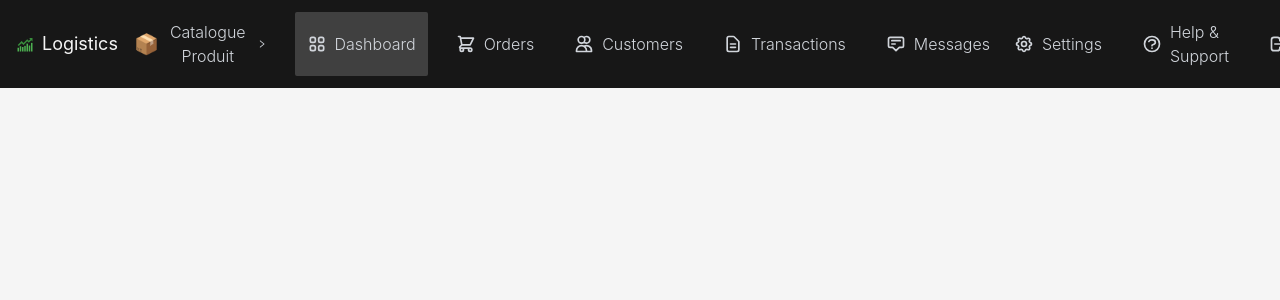
Repository: Mayar2222/Dashboard
Page: /
These files come from the project's save history. The page is drawn as it stood at one moment and after the next save; the edit follows.
The browser window is 1280 px wide. The pictures show the whole page.
Pictures or frames that could not be fetched are drawn as grey boxes. The project was rebuilt for these pictures with package versions that can differ from the ones it lists, and the page was loaded fresh each time. Also part of the build but not shown: src/components/CatalogueProduits.jsx, src/components/Categories.jsx.

Above is the page before, as saved 2024-07-28 16:15:44.

### src/App.jsx
import { Route, BrowserRouter as Router, Routes } from "react-router-dom";
import CatalogueProduits from "./components/CatalogueProduits";
import Categories from "./components/Categories";
import Layout from "./components/shared/Layout";

function App() {
  return (
      <Router>
      <Routes>
        <Route path="/"  element={<Layout/>}>
          <Route path="CatalogueProduits"  element={<CatalogueProduits/>}/>
          <Route path="Categories"  element={<Categories/>}/>

          <Route path="login"  element={<div>this login page</div>}/>

        </Route>
      </Routes>
      </Router>
  );
}

export default App;

### src/index.css
@import url('https://fonts.googleapis.com/css2? family=Poppins:wght@400; 600;700&display=swap');


@tailwind base;
@tailwind components;
@tailwind utilities;

@layer base {
    html {
        font-family: 'Inter', sans-serif;
        line-height: 1.3;
    }
    table {
        /* Add any specific styles for the table here if needed */
    }
    th,
    td {
        @apply py-3 px-2.5 text-sm text-left border-y border-gray-200;
    }
    thead {
        @apply bg-neutral-100;
    }
    th {
        @apply font-semibold;
    }
    a {
        @apply text-sky-500 hover:underline;
    }
}

### src/components/shared/Layout.jsx
import React from 'react'
import { Outlet } from 'react-router-dom'
import Header from './Header'
import Sidebar from './Sidebar'
export default function Layout() {
  return (
    <div className='flex flex-row bg-neutral-100 h-screen w-screen overflow-hidden'>
<Sidebar/>
     <div className='flex-1'>
      <Header/>
      <div className='p-4'>{<Outlet/>}</div>

      </div>


    </div>
  )
}

### src/components/shared/Header.jsx
import { Menu, Popover, Transition } from '@headlessui/react';
import React, { Fragment } from 'react';
import { HiOutlineBell, HiOutlineChat, HiOutlineSearch } from 'react-icons/hi';

export default function Header() {
  return (
    <div className='bg-white h-16 px-4 flex justify-between items-center border-b border-gray-200'>
      <div className='relative'>
        <HiOutlineSearch fontSize={20} className='text-gray-400 absolute top-1/2 -translate-y-1/2 left-3' />
        <input
          type="text"
          placeholder='Search...'
          className='text-sm focus:outline-none active:outline-none h-10 w-[24rem] border border-gray-300 rounded-sm pl-11 pr-4'
        />
      </div>
      <div className="flex items-center gap-2 mr-2">
        <Popover className="relative">
          {({ open }) => (
            <>
              <Popover.Button
                className={`p-1.5 rounded-sm inline-flex items-center ${open ? 'text-gray-900' : 'text-gray-700 hover:text-gray-900'} focus:outline-none`}
              >
                <HiOutlineChat fontSize={24} />
              </Popover.Button>
              <Transition
                as={Fragment}
                enter="transition ease-out duration-200"
                enterFrom="opacity-0 translate-y-1"
                enterTo="opacity-100 translate-y-0"
                leave="transition ease-in duration-150"
                leaveFrom="opacity-100 translate-y-0"
                leaveTo="opacity-0 translate-y-1"
              >
                <Popover.Panel className="absolute right-0 z-10 mt-2.5 w-80">
                  <div className="bg-white rounded-sm shadow-md ring-1 ring-black ring-opacity-5 px-2 py-2.5">
                    <strong className="text-gray-700 font-medium">Messages</strong>
                    <div className="mt-2">This is the messages panel!</div>
                  </div>
                </Popover.Panel>
              </Transition>
            </>
          )}
        </Popover>

        <Popover className="relative">
          {({ open }) => (
            <>
              <Popover.Button
                className={`p-1.5 rounded-sm inline-flex items-center ${open ? 'text-gray-900' : 'text-gray-700 hover:text-gray-900'} focus:outline-none`}
              >
                <HiOutlineBell fontSize={24} />
              </Popover.Button>
              <Transition
                as={Fragment}
                enter="transition ease-out duration-200"
                enterFrom="opacity-0 translate-y-1"
                enterTo="opacity-100 translate-y-0"
                leave="transition ease-in duration-150"
                leaveFrom="opacity-100 translate-y-0"
                leaveTo="opacity-0 translate-y-1"
              >
                <Popover.Panel className="absolute right-0 z-10 mt-2.5 w-80">
                  <div className="bg-white rounded-sm shadow-md ring-1 ring-black ring-opacity-5 px-2 py-2.5">
                    <strong className="text-gray-700 font-medium">Notifications</strong>
                    <div className="mt-2">This is the notifications panel!</div>
                  </div>
                </Popover.Panel>
              </Transition>
            </>
          )}
        </Popover>

        <Menu as="div" className="relative">
          <div>
            <Menu.Button className="ml-2 inline-flex">
              <span className='sr-only'>Open user menu</span>
              <div className='h-10 w-10 rounded-full bg-sky-500 bg-cover bg-no-repeat bg-center' style={{backgroundImage: 'url("https://images.unsplash.com/photo-1529626455594-4ff0802cfb7e?crop=faces&fit=crop&w=80&h=80&q=80")'}}>
                <span className='sr-only'>Mayar</span>
              </div>
            </Menu.Button>
          </div>
          <Transition
            as={Fragment}
            enter="transition ease-out duration-200"
            enterFrom="opacity-0 translate-y-1"
            enterTo="opacity-100 translate-y-0"
            leave="transition ease-in duration-150"
            leaveFrom="opacity-100 translate-y-0"
            leaveTo="opacity-0 translate-y-1"
          >
            <Menu.Items className="absolute right-0 mt-2 w-48 origin-top-right bg-white border border-gray-200 divide-y divide-gray-100 rounded-md shadow-lg outline-none">
              <div className="px-4 py-3">
                <p className="text-sm">Signed in as</p>
                <p className="text-sm font-medium text-gray-900 truncate">Mayar</p>
              </div>
              <div className="py-1">
                <Menu.Item>
                  {({ active }) => (
                    <a
                      href="/profile"
                      className={`${
                        active ? 'bg-gray-100 text-gray-900' : 'text-gray-700'
                      } flex justify-between w-full px-4 py-2 text-sm leading-5 text-left`}
                    >
                      Your Profile
                    </a>
                  )}
                </Menu.Item>
                <Menu.Item>
                  {({ active }) => (
                    <a
                      href="/settings"
                      className={`${
                        active ? 'bg-gray-100 text-gray-900' : 'text-gray-700'
                      } flex justify-between w-full px-4 py-2 text-sm leading-5 text-left`}
                    >
                      Settings
                    </a>
                  )}
                </Menu.Item>
              </div>
              <div className="py-1">
                <Menu.Item>
                  {({ active }) => (
                    <a
                      href="/logout"
                      className={`${
                        active ? 'bg-gray-100 text-gray-900' : 'text-gray-700'
                      } flex justify-between w-full px-4 py-2 text-sm leading-5 text-left`}
                    >
                      Sign out
                    </a>
                  )}
                </Menu.Item>
              </div>
            </Menu.Items>
          </Transition>
        </Menu>
      </div>
    </div>
  );
}

### src/components/shared/Sidebar.jsx
import React, { useState } from 'react';
import { AiOutlineDown, AiOutlineRight } from 'react-icons/ai';
import { FcBullish } from 'react-icons/fc';
import { HiOutlineLogout } from 'react-icons/hi';
import { Link, useLocation } from 'react-router-dom';
import { DASHBOARD_SIDEBAR_BOTTOM_LINKS, DASHBOARD_SIDEBAR_LINKS } from '../../lib/consts/navigation';

const linkClasses =
  'flex items-center gap-2 font-light px-3 py-2 hover:bg-neutral-700 hover:no-underline active:bg-neutral-600 rounded-sm text-base text-gray-300';

const titleClasses = 'flex items-center gap-2 px-1 py-3 text-neutral-100 text-lg';

export default function Sidebar() {
  const { pathname } = useLocation();
  const [isCatalogueOpen, setIsCatalogueOpen] = useState(false);

  const toggleCatalogue = () => {
    setIsCatalogueOpen(!isCatalogueOpen);
  };

  return (
    <nav className="bg-neutral-900 w-full p-3 flex items-center text-white fixed top-0 z-10">
      <div className={`${titleClasses} mr-auto`}>
        <FcBullish />
        <span>Logistics</span>
      </div>
      <div className="flex space-x-4">
        <div className="relative">
          <button onClick={toggleCatalogue} className={linkClasses}>
            <span className="text-xl">📦</span>
            <span>Catalogue Produit</span>
            {isCatalogueOpen ? <AiOutlineDown /> : <AiOutlineRight />}
          </button>
          {isCatalogueOpen && (
            <div className="absolute left-0 mt-2 w-48 bg-neutral-800 rounded-md shadow-lg z-20">
              <Link to="/catalogue" className={linkClasses}>
                Catalogue Produit
              </Link>
              <Link to="/categories" className={linkClasses}>
                Catégories du produit
              </Link>
            </div>
          )}
        </div>
        {DASHBOARD_SIDEBAR_LINKS.filter(link => link.label !== "Catalogue Produit").map(({ key, path, icon, label }) => (
          <Link
            key={key}
            to={path}
            className={`${linkClasses} ${pathname === path ? 'bg-neutral-700' : ''}`}
          >
            {icon && <span className="text-xl">{icon}</span>}
            <span>{label}</span>
          </Link>
        ))}
      </div>
      <div className="flex space-x-4 ml-auto">
        {DASHBOARD_SIDEBAR_BOTTOM_LINKS.map(({ key, path, icon, label }) => (
          <Link
            key={key}
            to={path}
            className={`${linkClasses} ${pathname === path ? 'bg-neutral-700' : ''}`}
          >
            {icon && <span className="text-xl">{icon}</span>}
            <span>{label}</span>
          </Link>
        ))}
        <Link
          to="/logout" // Adjust the path as needed
          className={linkClasses}
        >
          <HiOutlineLogout className="text-xl" />
          <span>Logout</span>
        </Link>
      </div>
    </nav>
  );
}

### src/lib/consts/navigation.jsx
import {
	HiOutlineAnnotation,
	HiOutlineCog,
	HiOutlineCube,
	HiOutlineDocumentText,
	HiOutlineQuestionMarkCircle,
	HiOutlineShoppingCart,
	HiOutlineUsers,
	HiOutlineViewGrid
} from 'react-icons/hi'

export const DASHBOARD_SIDEBAR_LINKS = [
	{
		key: 'dashboard',
		label: 'Dashboard',
		path: '/',
		icon: <HiOutlineViewGrid />
	},
	{
		key: 'CatalogueProduits',
		label: 'Catalogue Produit',
		path: '/CatalogueProduits',
		icon: <HiOutlineCube />
	},

	{
		key: 'orders',
		label: 'Orders',
		path: '/orders',
		icon: <HiOutlineShoppingCart />
	},
	{
		key: 'customers',
		label: 'Customers',
		path: '/customers',
		icon: <HiOutlineUsers />
	},
	{
		key: 'transactions',
		label: 'Transactions',
		path: '/transactions',
		icon: <HiOutlineDocumentText />
	},
	{
		key: 'messages',
		label: 'Messages',
		path: '/messages',
		icon: <HiOutlineAnnotation />
	}
]

export const DASHBOARD_SIDEBAR_BOTTOM_LINKS = [
	{
		key: 'settings',
		label: 'Settings',
		path: '/settings',
		icon: <HiOutlineCog />
	},
	{
		key: 'support',
		label: 'Help & Support',
		path: '/support',
		icon: <HiOutlineQuestionMarkCircle />
	}
]

Loaded but not shown: public/index.html (common file); src/index.js (common file); tailwind.config.js (common file)

After the next save:
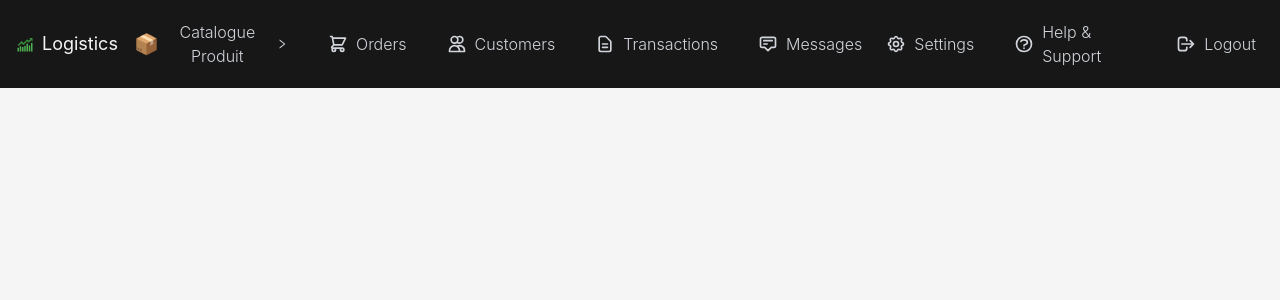
Saved 42 s later.
--- a/src/lib/consts/navigation.jsx
+++ b/src/lib/consts/navigation.jsx
@@ -5,17 +5,11 @@ import {
 	HiOutlineDocumentText,
 	HiOutlineQuestionMarkCircle,
 	HiOutlineShoppingCart,
-	HiOutlineUsers,
-	HiOutlineViewGrid
+	HiOutlineUsers
 } from 'react-icons/hi'
 
 export const DASHBOARD_SIDEBAR_LINKS = [
-	{
-		key: 'dashboard',
-		label: 'Dashboard',
-		path: '/',
-		icon: <HiOutlineViewGrid />
-	},
+
 	{
 		key: 'CatalogueProduits',
 		label: 'Catalogue Produit',
